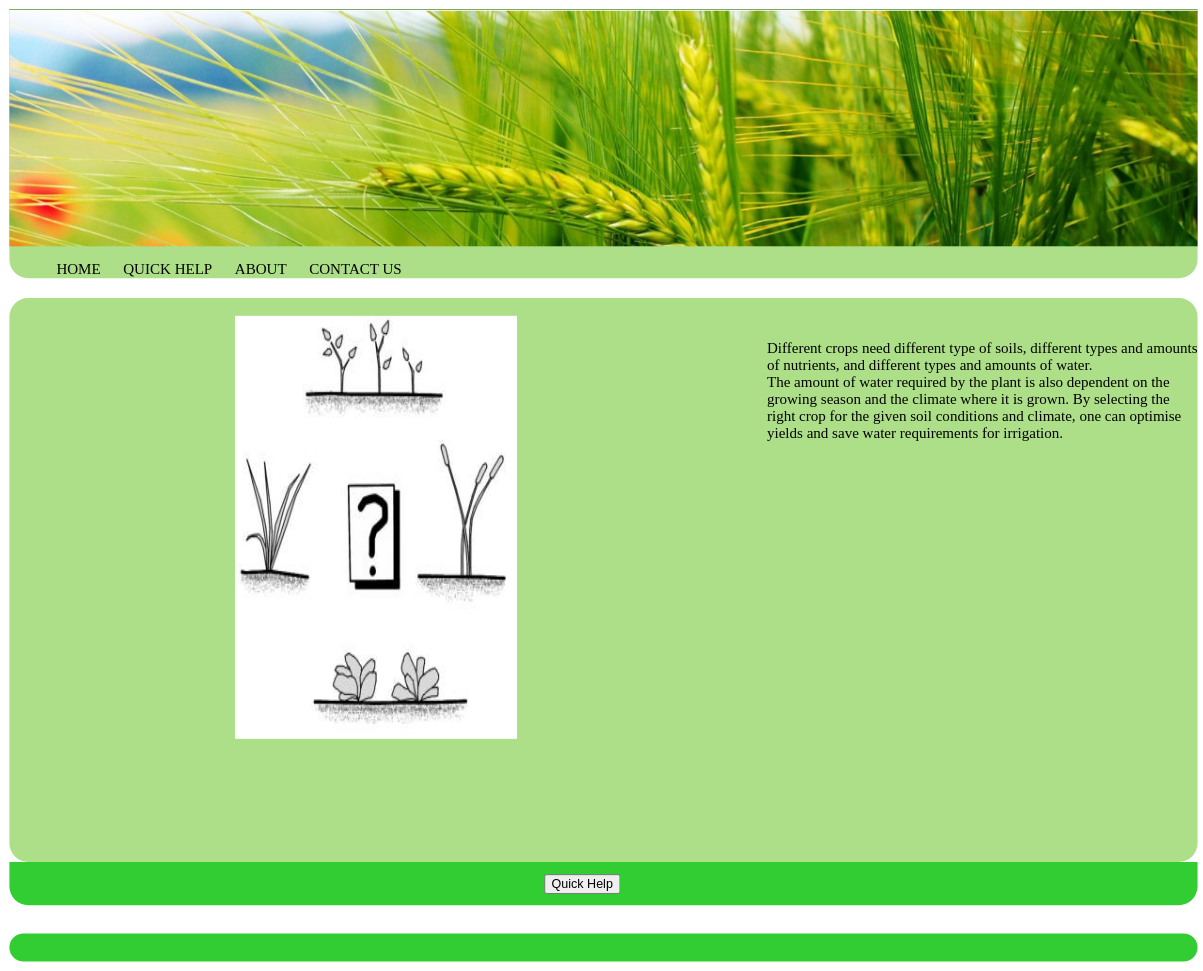
Repository: shivamtyagi1234/FarmoFriend
Page: http://localhost/FarmoFriend/
An editor plug-in stored every save of this project. The page is shown before and after the next save, followed by the edit.
The browser window is 1280 px wide. The pictures show the whole page, at 94% of full size.
The page is served by Tomcat 9.

Above is the page before, as saved 2019-11-03 07:11:21.

After the next save:
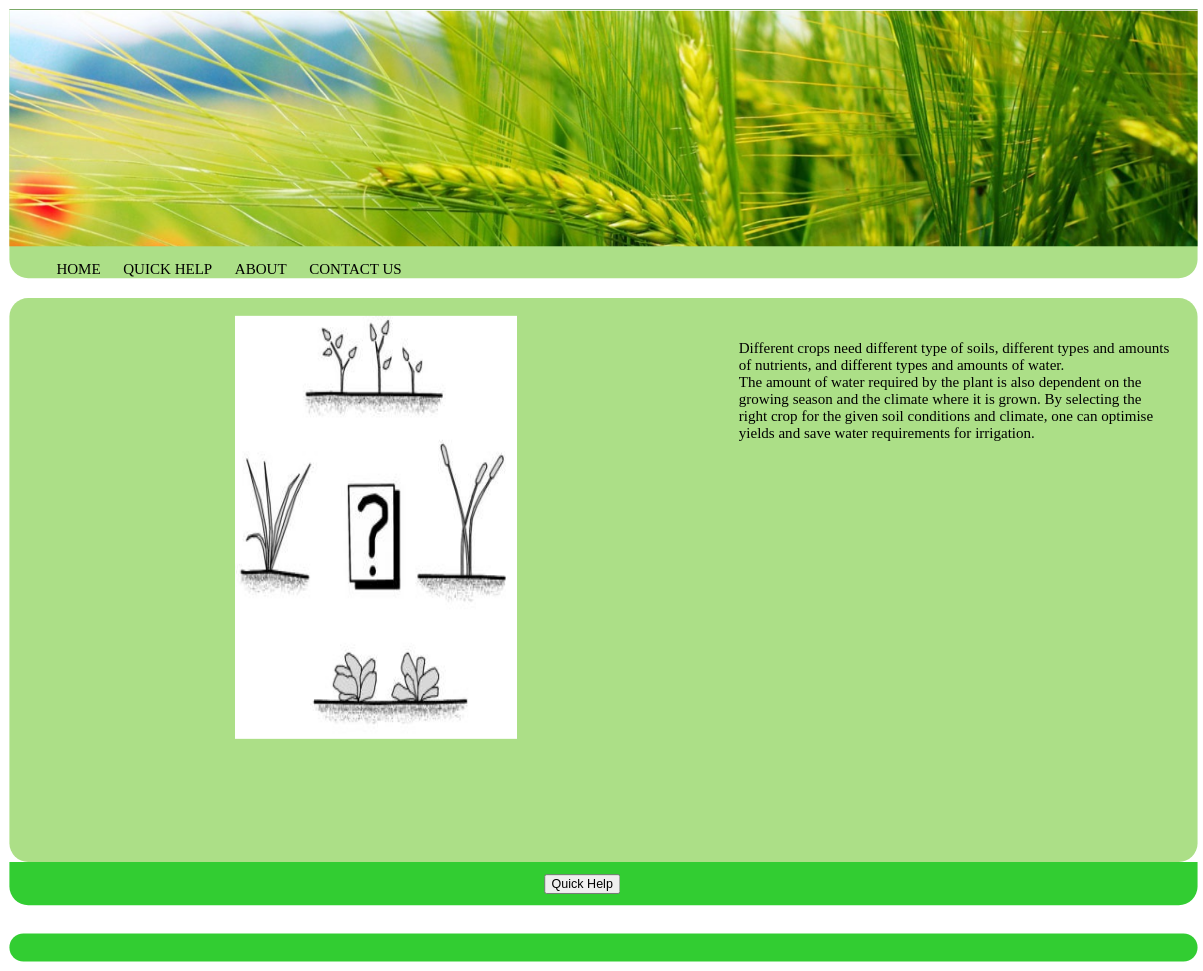
Saved 43 s later.
--- a/FarmoFriend/WebContent/home.jsp
+++ b/FarmoFriend/WebContent/home.jsp
@@ -76,7 +76,7 @@ height:30px;
 
 <div id="homeBody">
 	<div style="float: left; width: 50%"><img alt="home1" src="images\crop selection.jpg" ></div>
-	<div style="float: right; text-align: left; padding-top: 45px">
+	<div style="float: right; text-align: left; padding-right:30px; padding-top: 45px";>
 	Different crops need different type of soils, different types and amounts
 	<br>of nutrients, and different types and amounts of water.
 	<br> The amount of water required by the plant is also dependent on the
